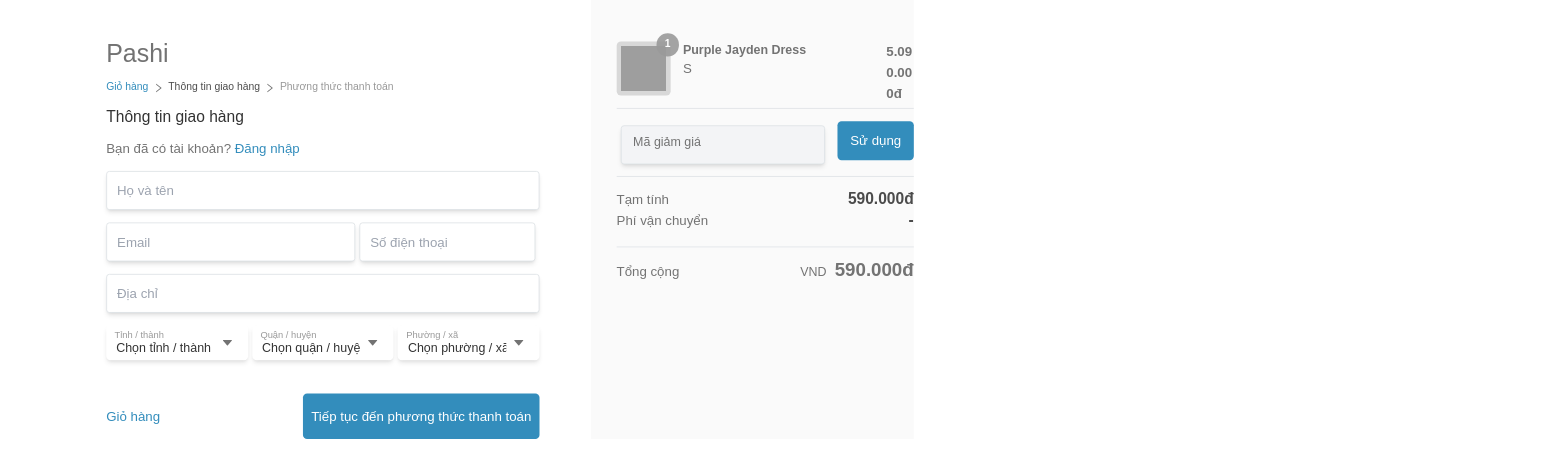
Repository: levinhky/pashi
Page: /checkout/information
The author's editor kept a copy of each file at every save. The page is drawn from the files as they stood at one save, then again after the next save.
The browser window is 1280 px wide. The page is 1879 px wide, then 1869 px, so the pictures cover 1879 px, including what lies to the right of the window. The pictures show the whole page, at 83% of full size.
Pictures or frames that could not be fetched are drawn as grey boxes. The project was rebuilt for these pictures with package versions that can differ from the ones it lists, and the page was loaded fresh each time. Also part of the build but not shown: src/components/Home/Home.module.css, src/configs/api.js, src/components/Loading/Loading.module.css, src/components/Loading/Loading.jsx, src/components/Partner/Partner.module.css, src/components/Partner/Partner.jsx, src/components/Home/Home.jsx, src/components/ProductList/ProductList.module.css and 18 more.

Above is the page before, as saved 2022-10-07 16:16:13.

After the next save:
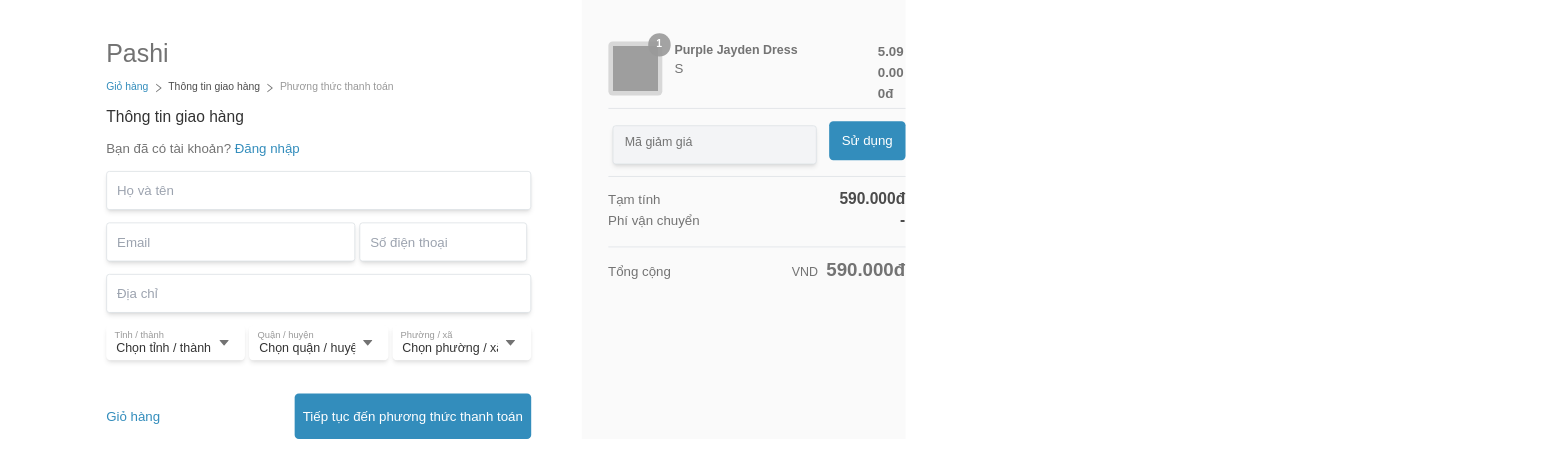
Saved 9 s later.
--- a/src/pages/CheckoutPage/CheckoutPage.jsx
+++ b/src/pages/CheckoutPage/CheckoutPage.jsx
@@ -10,7 +10,7 @@ const CheckoutPage = ({ children }) => {
 
   return (
     <div className="flex flex-row flex-[1_0_auto] py-0 px-[5%] mx-auto w-[90%] max-w-screen-xl">
-      <div className="flex flex-column w-[57%] pr-[6%] pt-20">{children}</div>
+      <div className="flex flex-column w-[56%] pr-[6%] pt-20">{children}</div>
 
       <div className="sidebar w-[38%] relative bg-[#fafafa]">
         <div className="bg-left-top block w-[300%] top-0 absolute bottom-0 -z-10 shadow-[1px_0_0_#e1e1e1_inset]"></div>
